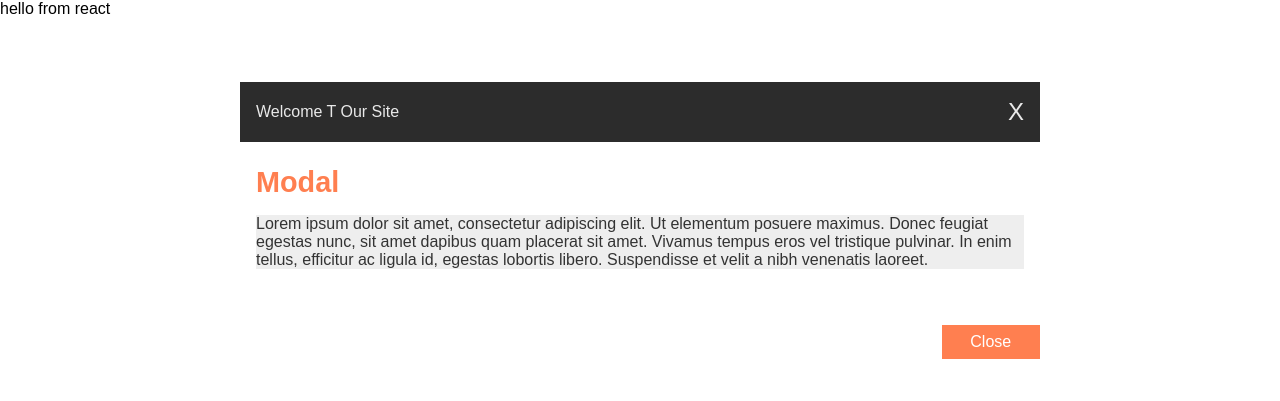
Repository: KrzysKolo/sr_tydzien5_zad1
Page: /
An editor plug-in stored every save of this project. The page is shown before and after the next save, followed by the edit.
The browser window is 1280 px wide. The pictures show the whole page.
The project was rebuilt for these pictures with package versions that can differ from the ones it lists, and the page was loaded fresh each time.

Above is the page before, as saved 2020-12-18 13:53:15.

After the next save:
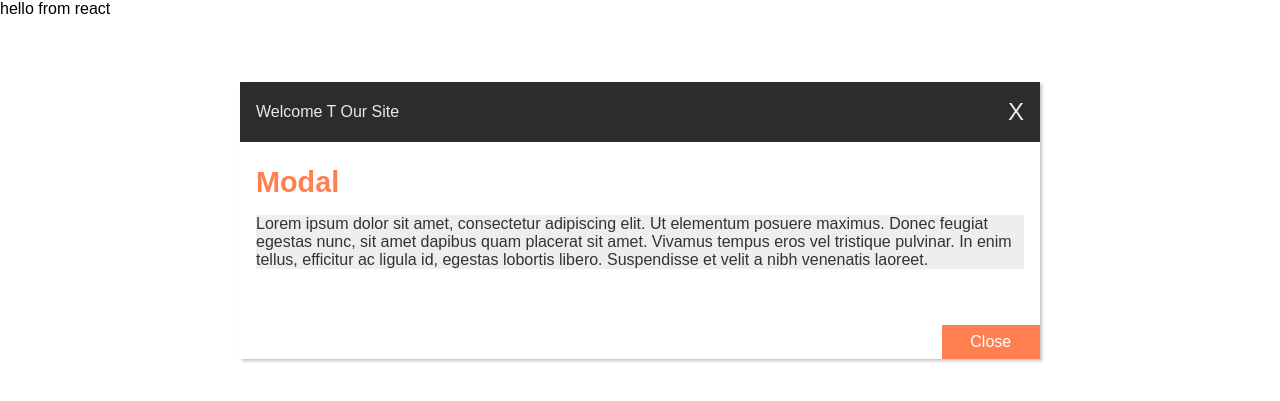
Saved 100 s later.
--- a/src/components/modal/Modal.css
+++ b/src/components/modal/Modal.css
@@ -11,6 +11,7 @@ body {
   width: 80%;
   max-width: 800px;
   margin: 4rem auto;
+  box-shadow: 2px 2px 3px #c3c3c3;
 }
 .modal-header {
   background-color: #2c2c2c;
